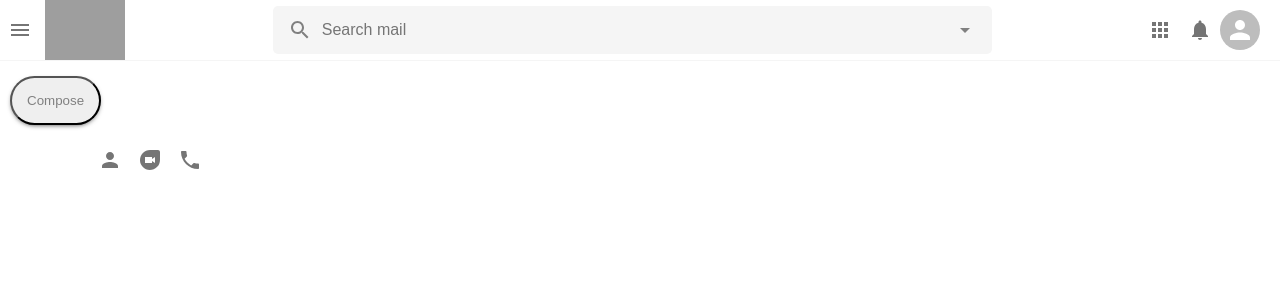
Repository: Tracy-maker/gmail-clone
Page: /
These files come from the project's save history. The page is drawn as it stood at one moment and after the next save; the edit follows.
The browser window is 1280 px wide. The pictures show the whole page.
Pictures or frames that could not be fetched are drawn as grey boxes. The project was rebuilt for these pictures with package versions that can differ from the ones it lists, and the page was loaded fresh each time. Also part of the build but not shown: src/App.css.

Above is the page before, as saved 2023-11-13 13:43:55.

After the next save:
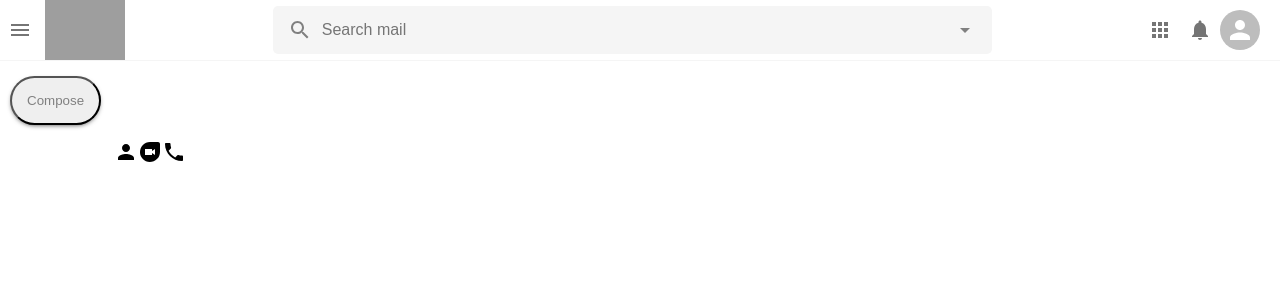
Saved 27 s later.
--- a/src/components/Sidebar/Sidebar.jsx
+++ b/src/components/Sidebar/Sidebar.jsx
@@ -1,5 +1,5 @@
 import { Add, Duo, Person, Phone } from "@mui/icons-material";
-import { IconButton } from "@mui/material";
+import { Icon, IconButton } from "@mui/material";
 import React from "react";
 import styled from "styled-components";
 
@@ -39,15 +39,15 @@ const Sidebar = () => {
 
       <Footer>
         <FooterIcons>
-          <IconButton>
+          <Icon>
             <Person />
-          </IconButton>
-          <IconButton>
+          </Icon>
+          <Icon>
             <Duo />
-          </IconButton>
-          <IconButton>
+          </Icon>
+          <Icon>
             <Phone />
-          </IconButton>
+          </Icon>
         </FooterIcons>
       </Footer>
     </SidebarContainer>
